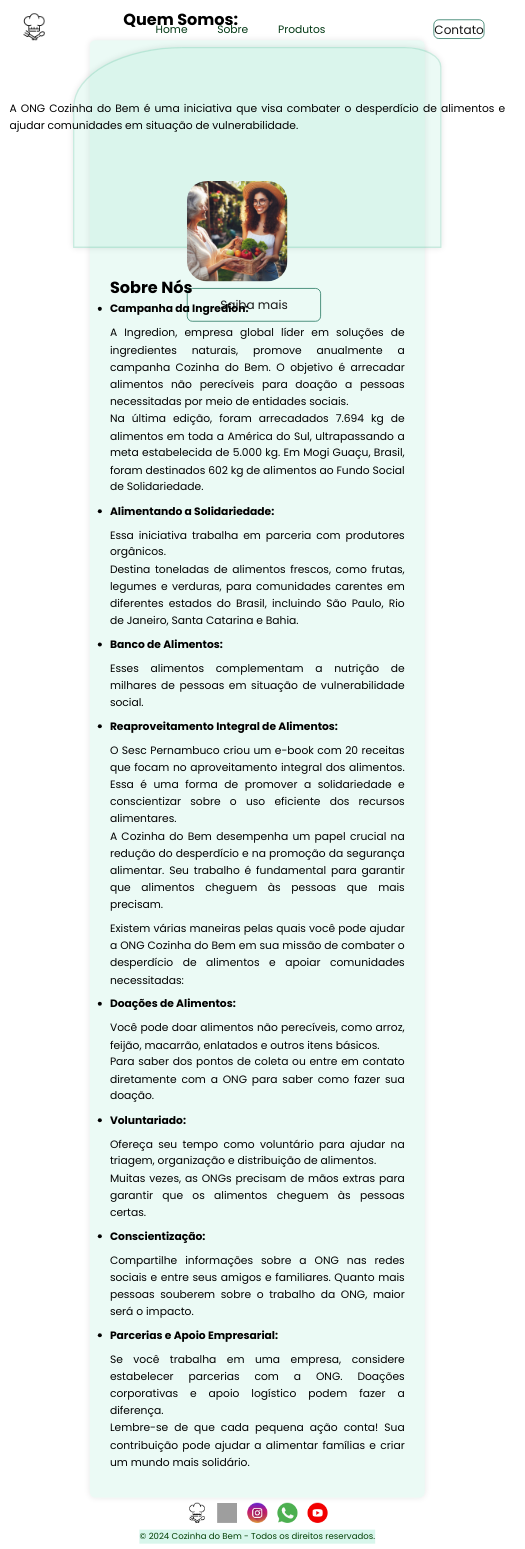
Repository: Thalia-Nataly/Cozinha-do-Bem-Proz
Page: sobre.html
These files come from the project's save history. The page is drawn as it stood at one moment and after a run of saves; the edit follows.
The browser window is 768 px wide. The page is 784 px wide, so the pictures cover 784 px, including what lies to the right of the window. The pictures show the whole page, at 67% of full size.
Pictures or frames that could not be fetched are drawn as grey boxes.

Above is the page before, as saved 2024-08-26 16:07:40.
Console error: TypeError: Cannot read properties of null (reading 'querySelectorAll')

### sobre.html
<!DOCTYPE html>
<html lang="pt-br">
<head>
    <meta charset="UTF-8">
    <meta name="viewport" content="width=device-width, initial-scale=1.0">
    <title>Sobre</title>
    <link rel="icon" href="Imagens\favicon.jpg" type="image/jpg">
    <!-- CSS -->
    <link rel="stylesheet" href="css/stylegeral.css">
    <link rel="stylesheet" href="css/responsive.css" media=screen>
    <!-- JS -->
    <script src="js/index.js" defer></script>
    <!-- Google Fonts -->
    <link rel="preconnect" href="https://fonts.googleapis.com">
    <link rel="preconnect" href="https://fonts.gstatic.com" crossorigin>
    <link href="https://fonts.googleapis.com/css2?family=Poppins:wght@100;200;300;400;500;600;700;800;900&display=swap" rel="stylesheet">
    <!-- Google Fonts -->

</head>
<body>
    <!-- Topo -->
    <a id="top"></a>
    <!-- fim botao topo  -->

    <!-- Cabeçalho -->
    <a id="top"></a>
    <header id="header">
       <div class = "interface">

            <section class="logo">
                <img class= "logo-branca" src="Imagens/logo.jpg" alt="Logo">
                <img class= "logo-preto" src="Imagens/logobranca.png" alt="Logo">
            </section>

            <section class="menu-desktop">
                <nav>
                    <ul>
                        <li><a href="home.html">Home</a></li>
                        <li><a href="sobre.html">Sobre</a></li>
                        <li><a href="produtos.html">Produtos</a></li>

                    </ul>
                </nav>
            </section>

            <section class="btn-contato">
                <a href="contato.html">
                    <button>Contato</button>
                </a>
            </section>
        </div>
    </header>
    <!-- fim cabeçalho -->
    <main>
           <!-- texto inicial e botão -->
         <div class="main-content">

            <div class="box-conteiners">

                <div class="box-content">
                    <h1>Quem Somos:</h1>
                    <p><span>A ONG Cozinha do Bem é uma iniciativa que visa combater o desperdício de alimentos e ajudar
                    comunidades em situação de vulnerabilidade. </span><br>
                    </p>
                    <div class="box-img">
                        <img src="Imagens/sobre img 1.jpg"alt="imagem1">

                    <div class="botaosaiba">
                        <a href="contato.html">
                        <button>Saiba mais</button>
                        </a>
                    </div>
                </div>
                </div>
            </div>
            <!----- -->

                <!-- texto 2- sobre nós -->
            <div class="box-conteiners">
                <div class="box-sobre">
                        <ul>
                            <h2>Sobre Nós</h2>
                            <li><b>Campanha da Ingredion:</b></li>
                            <p>A Ingredion, empresa global líder em soluções de ingredientes naturais, promove anualmente a
                                campanha Cozinha do Bem.
                                O objetivo é arrecadar alimentos não perecíveis para doação a pessoas necessitadas por meio de
                                entidades sociais.<br>
                                Na última edição, foram arrecadados 7.694 kg de alimentos em toda a América do Sul,
                                ultrapassando a meta estabelecida de 5.000 kg.
                                Em Mogi Guaçu, Brasil, foram destinados 602 kg de alimentos ao Fundo Social de Solidariedade.
                            </p>
                            <li><b>Alimentando a Solidariedade:</b></li>
                            <p>Essa iniciativa trabalha em parceria com produtores orgânicos.<br>
                                Destina toneladas de alimentos frescos, como frutas, legumes e verduras, para comunidades
                                carentes em diferentes estados do Brasil, incluindo São Paulo, Rio de Janeiro, Santa Catarina e
                                Bahia.
                            </p>
                            <li><b>Banco de Alimentos:</b></li>
                            <p>Esses alimentos complementam a nutrição de milhares de pessoas em situação de vulnerabilidade
                                social.
                            </p>
                            <li><b>Reaproveitamento Integral de Alimentos:</b></li>
                            <p>O Sesc Pernambuco criou um e-book com 20 receitas que focam no aproveitamento integral dos
                                alimentos.
                                Essa é uma forma de promover a solidariedade e conscientizar sobre o uso eficiente dos recursos
                                alimentares.<br>
                                A Cozinha do Bem desempenha um papel crucial na redução do desperdício e na promoção da
                                segurança alimentar.
                                Seu trabalho é fundamental para garantir que alimentos cheguem às pessoas que mais precisam.
                            </p>
                            <p>Existem várias maneiras pelas quais você pode ajudar a ONG Cozinha do Bem em sua missão de
                                combater o desperdício de alimentos e apoiar comunidades necessitadas:
                            </p>
                            <li><b>Doações de Alimentos:</b></li>
                            <p>Você pode doar alimentos não perecíveis, como arroz, feijão, macarrão, enlatados e outros
                                itens básicos.<br>
                                Para saber dos pontos de coleta ou entre em contato diretamente com a ONG para saber como
                                fazer sua doação.
                            </p>
                            <li><b>Voluntariado:</b></li>
                            <p>Ofereça seu tempo como voluntário para ajudar na triagem, organização e distribuição de
                                alimentos.<br>
                                Muitas vezes, as ONGs precisam de mãos extras para garantir que os alimentos cheguem às
                                pessoas certas.
                            </p>
                            <li><b>Conscientização:</b></li>
                            <p>Compartilhe informações sobre a ONG nas redes sociais e entre seus amigos e familiares.
                                Quanto mais pessoas souberem sobre o trabalho da ONG, maior será o impacto.
                            </p>
                            <li><b>Parcerias e Apoio Empresarial:</b></li>
                            <p>Se você trabalha em uma empresa, considere estabelecer parcerias com a ONG.
                                Doações corporativas e apoio logístico podem fazer a diferença.<br>
                                Lembre-se de que cada pequena ação conta! Sua contribuição pode ajudar a alimentar famílias
                                e criar um mundo mais solidário.
                            </p>
                        </ul>
                    </div>
                </div>
            </div>
                <!--fim texto 2- sobre nós -->
    </main>
<!-- Rodapé -->
<footer>
    <nav>
        <!-- <div class="footer-link">
                <a href="home.html" class="footer-logo">Cozinha do Bem</a>
            </div>-->
        <div class="social-links">
            <a href="home.html">
                <img src="Imagens/logo.jpg" alt="logo"></a>
            <a href="https://www.facebook.com/" target="_blank" rel="noopener noreferrer">
                <img src="Imagens/social_13051757.png" alt="Facebook"></a>
            <a href="https://www.instagram.com/" target="_blank" rel="noopener noreferrer">
                <img src="Imagens/instagram_4494489.png" alt="Instagram"></a>
            <a href="https://wa.me/5544332156489" target="_blank" rel="noopener noreferrer">
                <img src="Imagens/whatsapp_2504845.png" alt="Whatsapp"></a>
            <a href="https://www.youtube.com/" target="_blank" rel="noopener noreferrer">
                <img src="Imagens/youtube_4494485.png" alt="Youtube"></a>
        </div>
        <p class="copyright">© 2024 Cozinha do Bem - Todos os direitos reservados.</p>
    </nav>
</footer>
<a href="#top" class="back-to-top">Voltar ao topo</a>
<!-- Fim Rodapé -->
</body>
</html>

### css/responsive.css
@media screen and (max-width: 660px) {
    header .menu-desktop, header .btn-contato {
        display: none;
    }


}

@media screen and (max-width: 768px) {
    /* resposinvo da hero */

    .hero-site .txt-hero h1 p{
        font-size: 1.5em;
        font-weight: 45px;
    }

    .hero-site .txt-hero p {
        font-size: 1.2em;
        font-weight: 300;


    }

    .hero-site .txt-hero p span {
        display: inline;
    }

    .hero-site button,.box-img button {
    width: 200px;
    height: 50px;
}

}

@media screen and (max-width: 900px) {
    .box-img img {
        width: 150px;
        height: 150px;
        flex-direction: column;
    }

    .box-conteiners {

        padding: 10px;
        max-width: auto;
        height: auto;




    }


    .box-content {

        width: 550px;
        height: 300px;
        flex-direction: column;


    }


    .box-content h1 {
        width: 500px;
        max-width: 98%;
        hi
        background-color: blue;

    }
    .image-box {
        flex: 1;
        max-width: 98%;
        height: 98%;
        flex-direction: column;
    }
    .chips-container {
       flex-direction: column;
    }

    .arroz-container {
        flex-direction: column;
    }

    .pizza-container {
        flex-direction: column;
    }
    .box-content p {
        width: 800px;
        text-align: justify;
        flex-direction: column;
    }

    .main-content {
        width: 500px;
        max-width: 98%;
        margin: 0 auto;
        padding: 0px;
        text-align: justify;


    }

    .main-content h1 {
        margin-bottom: 20px;
        padding: 50px;
        font-size: 1.5em;

    }

    .main-content h3 {
        font-size: 1.2em;
        margin-top: 10px;
        margin-bottom: 10px;
    }

    .main-content p {
        margin-bottom: 10px;
    }

    .main-content ul {
        margin-bottom: 10px;
    }

    .main-content ul li {
        margin-bottom: 10px;
    }

    .main-content img {
        display: block;
        margin: 10px 0;
    }

}

Loaded but not shown: js/index.js (108 lines, source omitted); css/stylegeral.css (779 lines, source omitted)

After the next 3 saves:
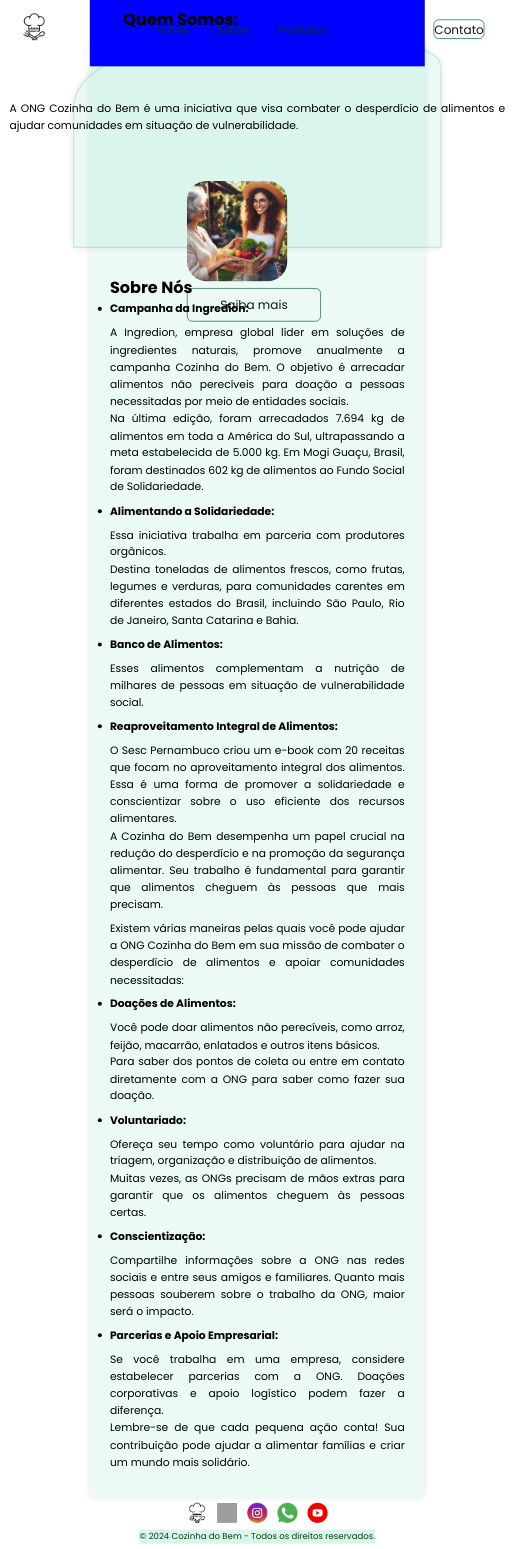
The 3 saves are shown as one change because they came seconds apart.
The last was saved 10 s later.
--- a/css/responsive.css
+++ b/css/responsive.css
@@ -64,7 +64,7 @@
     .box-content h1 {
         width: 500px;
         max-width: 98%;
-        hi
+        height: 300px;
         background-color: blue;
 
     }

After the save that followed:
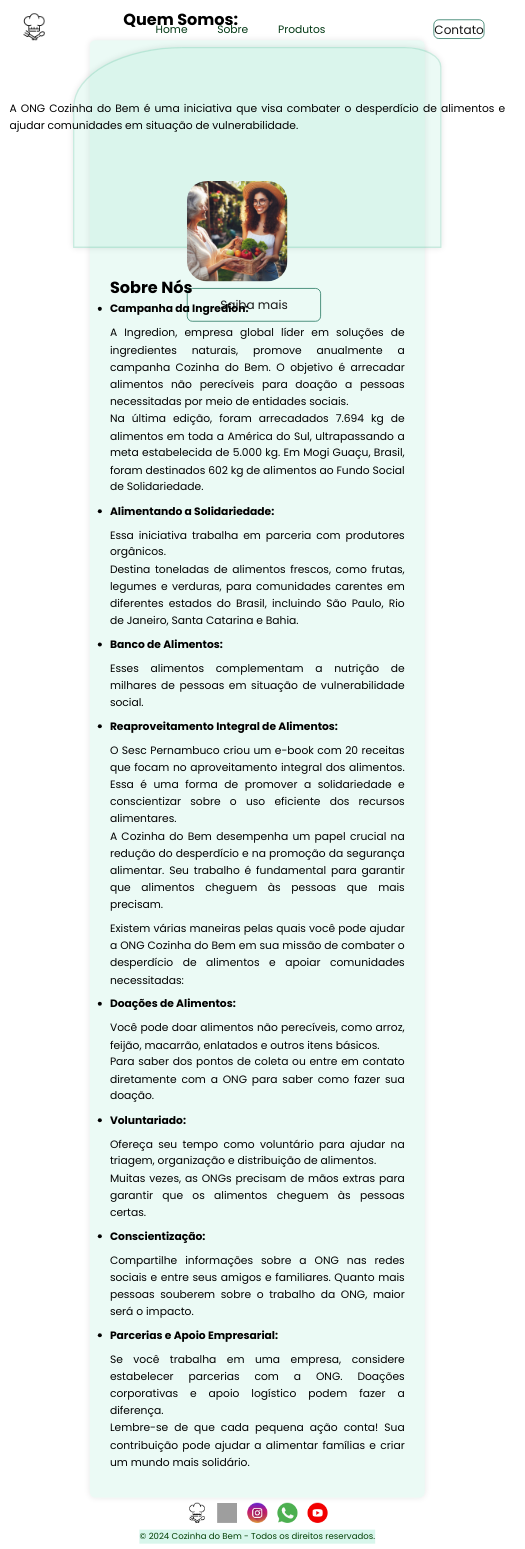
Saved 9 s later.
--- a/css/responsive.css
+++ b/css/responsive.css
@@ -64,7 +64,7 @@
     .box-content h1 {
         width: 500px;
         max-width: 98%;
-        height: 300px;
+        ma
         background-color: blue;
 
     }
